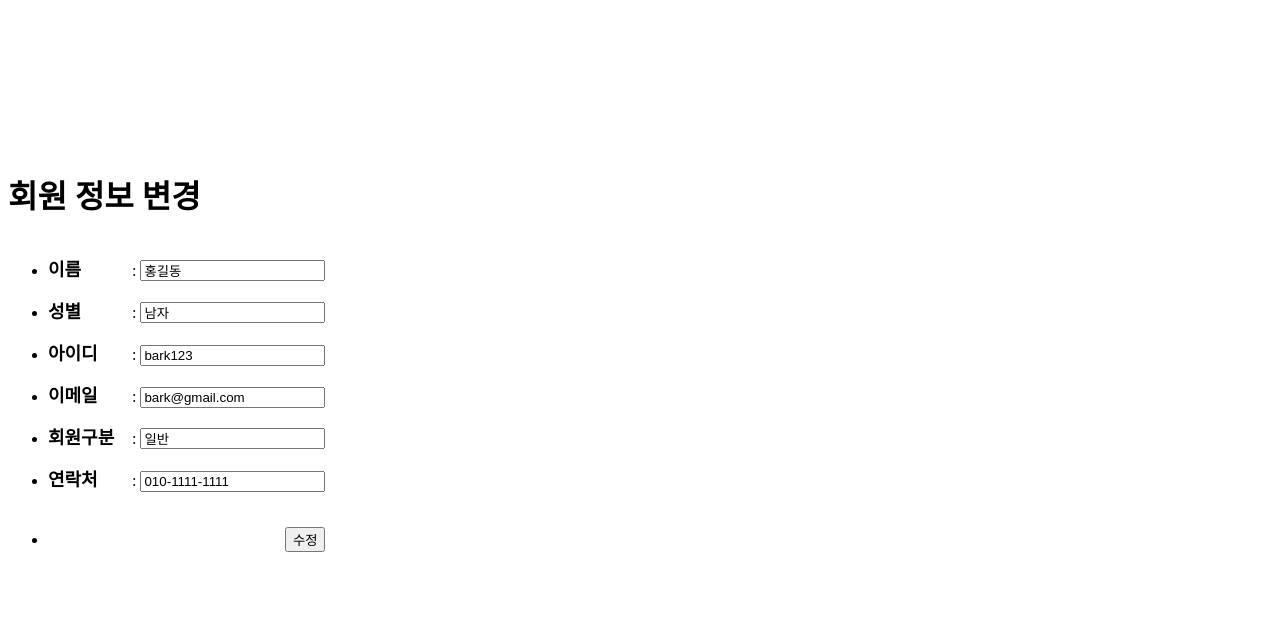
Repository: jngwk/Project-Bark
Page: http://localhost/Bark/include/userEditProfileFrm.jsp
These files come from the project's save history. The page is drawn as it stood at one moment and after the next save; the edit follows.
The browser window is 1280 px wide. The pictures show the whole page.
The page is served by Tomcat 9. Other server files are loaded and not shown.

Above is the page before, as saved 2024-03-31 05:18:51.

### java_workspace/Bark/src/main/webapp/include/userEditProfileFrm.jsp
<%@ page language="java" contentType="text/html; charset=UTF-8"
    pageEncoding="UTF-8"%>
<%@ taglib prefix="c" uri="http://java.sun.com/jsp/jstl/core" %>
<!DOCTYPE html>
<html>
<head>
<meta charset="UTF-8">
<title>header</title>
<c:set var="contextPath" value="${pageContext.request.contextPath }"/>
<link rel="stylesheet" href="${contextPath }/css/userEditProfileFrm.css"/>
</head>
<!--  이름 성별 아이디 이메일 회원구분 연락처 연락처2-->
<body>
<div class="container">
	<h1 id="info_header">회원 정보 변경</h1>
		<div class = "main_info">
			<ul class = "info-list">
				<li><span class="label-text">이름</span> :
				<input class="profile readonly" type="text" data-text-content="true"
				value="홍길동" readonly></li>

				<li><span class="label-text">성별</span> :
				<input class="profile readonly" type="text" data-text-content="true"
				value="남자" readonly></li>

				<li><span class="label-text">아이디</span> :
				<input class="profile readonly" type="text" data-text-content="true"
				value="bark123" readonly></li>

				<li><span class="label-text">이메일</span> :
				<input class="profile" type="text" data-text-content="true"
				value="bark@gmail.com" ></li>

				<li><span class="label-text">회원구분</span> :
				<input class="profile readonly" type="text" data-text-content="true"
				value="일반" readonly></li>

				<li><span class="label-text">연락처</span> :
				<input class="profile1" type="text" data-text-content="true"
				value="010-1111-1111" ></li>
				<li class="align-right">
				<input type="submit" class="btn" value="수정" style="margin-left: 150px">
				</li>
			</ul>
		</div>
		</div>
</body>
</html>

### java_workspace/Bark/src/main/webapp/css/userEditProfileFrm.css
@charset "UTF-8";
.container{
	position: absolute;
	top: 150px;
}
.label-text {
    display: inline-block;
    width: 80px; /* 고정 너비 설정 */
    font-size: 18px;
    padding-bottom: 16px;
    font-weight: 700;

}

.main_info {
    min-width:300px;
    display: flex;
    flex-direction: column;
    justify-content: center;
    align-items: center;
}
.info-list {
    align-items: center;
    justify-content: center;
}

.align-right {
    text-align: right;
    padding-top: 20px;
}

After the next save:
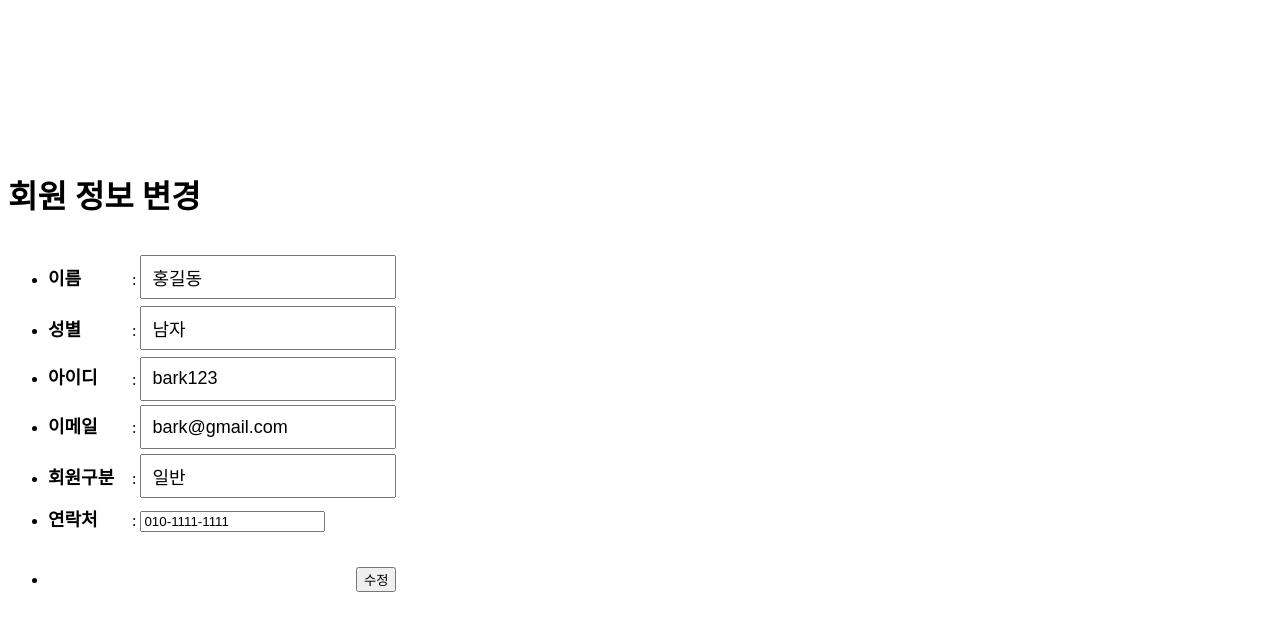
Saved 57 s later.
--- a/java_workspace/Bark/src/main/webapp/css/userEditProfileFrm.css
+++ b/java_workspace/Bark/src/main/webapp/css/userEditProfileFrm.css
@@ -10,6 +10,12 @@
     padding-bottom: 16px;
     font-weight: 700;
 
+}
+.profile{
+	height: 40px;
+	line-height: 35px;
+	font-size: 18px;
+	padding: 0 10px;
 }
 
 .main_info {
